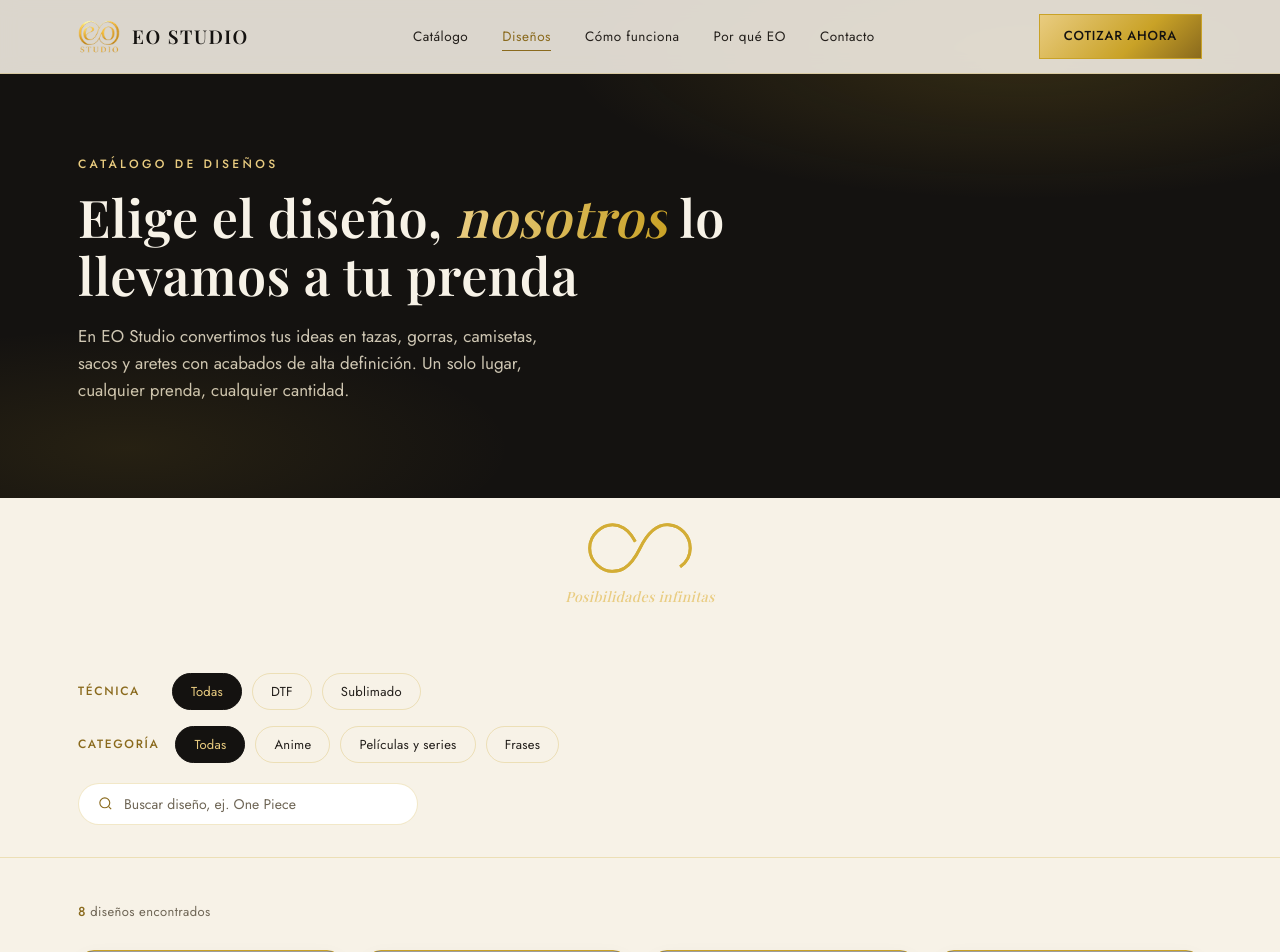
Repository: JAVIERYESE/EO_STUDIO
Page: disenos.html
These files come from the project's save history. The page is drawn as it stood at one moment and after the next save; the edit follows.
The browser window is 1280 px wide. The pictures show the part of the page from y = 0 to 952 px (the page is 2695 px tall).
Pictures or frames that could not be fetched are drawn as grey boxes. Some web fonts or font styles are not loaded; a fallback is used.

Above is the page before, as saved 2026-08-30 12:20:19.

### disenos.html
<!DOCTYPE html>
<html lang="es">
<head>
<meta charset="UTF-8">
<meta name="viewport" content="width=device-width, initial-scale=1.0">
<title>Catálogo de Diseños — EO Studio</title>
<meta name="description" content="Explora los diseños disponibles en EO Studio para DTF o sublimación: anime, personajes, frases y más.">
<link rel="icon" type="image/png" href="imagenes/logo-120.png">
<link rel="preconnect" href="https://fonts.googleapis.com">
<link rel="preconnect" href="https://fonts.gstatic.com" crossorigin>
<link href="https://fonts.googleapis.com/css2?family=Playfair+Display:ital,wght@0,500;0,600;0,700;1,500&family=Jost:wght@300;400;500;600&display=swap" rel="stylesheet">
<script src="https://unpkg.com/@lottiefiles/lottie-player@latest/dist/lottie-player.js"></script>
<link rel="stylesheet" href="styles.css">
<link rel="stylesheet" href="disenos.css">
</head>
<body>

<header>
  <div class="nav">
    <a class="brand" href="index.html#top">
      <img src="imagenes/logo-120.png" alt="EO Studio">
      <span>EO STUDIO</span>
    </a>
    <nav class="nav-links">
      <a href="index.html#catalogo">Catálogo</a>
      <a href="disenos.html" class="is-current">Diseños</a>
      <a href="index.html#proceso">Cómo funciona</a>
      <a href="index.html#nosotros">Por qué EO</a>
      <a href="index.html#contacto">Contacto</a>
    </nav>
    <div class="nav-cta">
      <a class="btn btn-gold" href="index.html#contacto">Cotizar ahora</a>
      <button class="menu-toggle" aria-label="Abrir menú"><span></span><span></span><span></span></button>
    </div>
  </div>
</header>

<!-- ===== HERO DISEÑOS ===== -->
<section class="hero disenos-hero" id="top">
  <div class="wrap">
    <span class="eyebrow hero-eyebrow">Catálogo de diseños</span>
    <h1>Elige el diseño, <em>nosotros</em> lo llevamos a tu prenda</h1>
    <p class="lead">En EO Studio convertimos tus ideas en tazas, gorras, camisetas, sacos y aretes con acabados de alta definición. Un solo lugar, cualquier prenda, cualquier cantidad.</p>
  </div>
</section>

<div class="mini-infinity-container">
    <lottie-player
        src="imagenes/Infinity Symbol.json"
        background="transparent"
        speed="0.4"
        loop
        autoplay>
    </lottie-player>

    <div class="mini-infinity-tag">
        <span>Posibilidades infinitas</span>
    </div>
</div>
<!-- ===== FILTROS ===== -->
<section class="filtros-section">
  <div class="wrap">

    <div class="filtro-grupo">
      <span class="filtro-label">Técnica</span>
      <div class="filtro-chips" data-filter-group="tecnica">
        <button class="chip is-active" data-value="todas">Todas</button>
        <button class="chip" data-value="dtf">DTF</button>
        <button class="chip" data-value="sublimado">Sublimado</button>
      </div>
    </div>

    <div class="filtro-grupo">
      <span class="filtro-label">Categoría</span>
      <div class="filtro-chips" data-filter-group="categoria">
        <button class="chip is-active" data-value="todas">Todas</button>
        <button class="chip" data-value="anime">Anime</button>
        <button class="chip" data-value="peliculas-series">Películas y series</button>
        <button class="chip" data-value="frases">Frases</button>
      </div>
    </div>

    <div class="filtro-buscador">
      <svg viewBox="0 0 24 24" fill="none" stroke="currentColor" stroke-width="1.6"><circle cx="11" cy="11" r="7"/><path d="m20 20-3.5-3.5"/></svg>
      <input type="text" id="buscador" placeholder="Buscar diseño, ej. One Piece">
    </div>

  </div>
</section>

<!-- ===== GRID DE DISEÑOS ===== -->
<section class="disenos-section">
  <div class="wrap">

    <p class="contador"><span id="contador-num">8</span> diseños encontrados</p>

    <div class="disenos-grid" id="disenos-grid">

      <!-- Tarjeta 1 -->
      <article class="diseno-card" data-tecnica="dtf sublimado" data-categoria="anime" data-nombre="one piece luffy gear 5">
        <div class="diseno-img">
          <img src="imagenes/disenos/anime-onepiece-01.jpg" alt="Diseño One Piece - Luffy Gear 5" loading="lazy">
          <span class="badge-tecnica">DTF · Sublimado</span>
        </div>
        <div class="diseno-info">
          <span class="diseno-cat">Anime</span>
          <h3>One Piece — Luffy Gear 5</h3>
          <a class="btn btn-gold btn-sm" href="https://wa.me/573046168524?text=Hola%2C%20me%20interesa%20el%20diseño%20One%20Piece%20-%20Luffy%20Gear%205" target="_blank" rel="noopener">Pedir este diseño</a>
        </div>
      </article>

      <!-- Tarjeta 2 -->
      <article class="diseno-card" data-tecnica="dtf" data-categoria="anime" data-nombre="dragon ball goku ultra instinto">
        <div class="diseno-img">
          <img src="imagenes/disenos/anime-dragonball-01.jpg" alt="Diseño Dragon Ball - Goku Ultra Instinto" loading="lazy">
          <span class="badge-tecnica">DTF</span>
        </div>
        <div class="diseno-info">
          <span class="diseno-cat">Anime</span>
          <h3>Dragon Ball — Goku Ultra Instinto</h3>
          <a class="btn btn-gold btn-sm" href="https://wa.me/573046168524?text=Hola%2C%20me%20interesa%20el%20diseño%20Dragon%20Ball%20-%20Goku%20Ultra%20Instinto" target="_blank" rel="noopener">Pedir este diseño</a>
        </div>
      </article>

      <!-- Tarjeta 3 -->
      <article class="diseno-card" data-tecnica="sublimado" data-categoria="peliculas-series" data-nombre="stranger things logo">
        <div class="diseno-img">
          <img src="imagenes/disenos/series-strangerthings-01.jpg" alt="Diseño Stranger Things logo" loading="lazy">
          <span class="badge-tecnica">Sublimado</span>
        </div>
        <div class="diseno-info">
          <span class="diseno-cat">Películas y series</span>
          <h3>Stranger Things — Logo clásico</h3>
          <a class="btn btn-gold btn-sm" href="https://wa.me/573046168524?text=Hola%2C%20me%20interesa%20el%20diseño%20Stranger%20Things%20-%20Logo%20clásico" target="_blank" rel="noopener">Pedir este diseño</a>
        </div>
      </article>

      <!-- Tarjeta 4 -->
      <article class="diseno-card" data-tecnica="dtf sublimado" data-categoria="peliculas-series" data-nombre="los simpson bart">
        <div class="diseno-img">
          <img src="imagenes/disenos/series-simpson-01.jpg" alt="Diseño Los Simpson - Bart" loading="lazy">
          <span class="badge-tecnica">DTF · Sublimado</span>
        </div>
        <div class="diseno-info">
          <span class="diseno-cat">Películas y series</span>
          <h3>Los Simpson — Bart</h3>
          <a class="btn btn-gold btn-sm" href="https://wa.me/573046168524?text=Hola%2C%20me%20interesa%20el%20diseño%20Los%20Simpson%20-%20Bart" target="_blank" rel="noopener">Pedir este diseño</a>
        </div>
      </article>

      <!-- Tarjeta 5 -->
      <article class="diseno-card" data-tecnica="dtf" data-categoria="frases" data-nombre="frase motivacional cafe">
        <div class="diseno-img">
          <img src="imagenes/disenos/frases-cafe-01.jpg" alt="Diseño de frase motivacional con café" loading="lazy">
          <span class="badge-tecnica">DTF</span>
        </div>
        <div class="diseno-info">
          <span class="diseno-cat">Frases</span>
          <h3>"Hoy es un buen día" — Tipografía</h3>
          <a class="btn btn-gold btn-sm" href="https://wa.me/573046168524?text=Hola%2C%20me%20interesa%20el%20diseño%20de%20frase%20-%20Hoy%20es%20un%20buen%20día" target="_blank" rel="noopener">Pedir este diseño</a>
        </div>
      </article>

      <!-- Tarjeta 6 -->
      <article class="diseno-card" data-tecnica="sublimado" data-categoria="anime" data-nombre="naruto sasuke">
        <div class="diseno-img">
          <img src="imagenes/disenos/anime-naruto-01.jpg" alt="Diseño Naruto y Sasuke" loading="lazy">
          <span class="badge-tecnica">Sublimado</span>
        </div>
        <div class="diseno-info">
          <span class="diseno-cat">Anime</span>
          <h3>Naruto — Naruto &amp; Sasuke</h3>
          <a class="btn btn-gold btn-sm" href="https://wa.me/573046168524?text=Hola%2C%20me%20interesa%20el%20diseño%20Naruto%20-%20Naruto%20%26%20Sasuke" target="_blank" rel="noopener">Pedir este diseño</a>
        </div>
      </article>

      <!-- Tarjeta 7 -->
      <article class="diseno-card" data-tecnica="dtf" data-categoria="peliculas-series" data-nombre="marvel spiderman">
        <div class="diseno-img">
          <img src="imagenes/disenos/peliculas-spiderman-01.jpg" alt="Diseño Marvel Spiderman" loading="lazy">
          <span class="badge-tecnica">DTF</span>
        </div>
        <div class="diseno-info">
          <span class="diseno-cat">Películas y series</span>
          <h3>Marvel — Spiderman</h3>
          <a class="btn btn-gold btn-sm" href="https://wa.me/573046168524?text=Hola%2C%20me%20interesa%20el%20diseño%20Marvel%20-%20Spiderman" target="_blank" rel="noopener">Pedir este diseño</a>
        </div>
      </article>

      <!-- Tarjeta 8 -->
      <article class="diseno-card" data-tecnica="dtf sublimado" data-categoria="frases" data-nombre="frase mama reina">
        <div class="diseno-img">
          <img src="imagenes/disenos/frases-mama-01.jpg" alt="Diseño de frase para mamá" loading="lazy">
          <span class="badge-tecnica">DTF · Sublimado</span>
        </div>
        <div class="diseno-info">
          <span class="diseno-cat">Frases</span>
          <h3>"Mamá reina" — Corona dorada</h3>
          <a class="btn btn-gold btn-sm" href="https://wa.me/573046168524?text=Hola%2C%20me%20interesa%20el%20diseño%20de%20frase%20-%20Mamá%20reina" target="_blank" rel="noopener">Pedir este diseño</a>
        </div>
      </article>

    </div>

    <p class="sin-resultados" id="sin-resultados" hidden>No encontramos diseños con esos filtros. Prueba con otra técnica o categoría, o <a href="https://wa.me/573046168524?text=Hola%2C%20estoy%20buscando%20un%20diseño%20específico" target="_blank" rel="noopener">pregúntanos directo por WhatsApp</a>.</p>

  </div>
</section>

<!-- ===== CTA FINAL ===== -->
<section class="cta">
  <div class="wrap">
    <span class="eyebrow eyebrow-light">¿No encuentras tu diseño?</span>
    <h2>Cuéntanos qué tienes en mente y lo creamos contigo</h2>
    <p>Envíanos tu idea, personaje o frase — te mostramos el mockup antes de producir.</p>
    <div class="cta-actions">
      <a class="btn btn-gold" href="https://wa.me/573046168524" target="_blank" rel="noopener">Escribir por WhatsApp</a>
    </div>
  </div>
</section>

<footer>
  <div class="wrap">
    <div class="foot-bottom">
      <span>© 2026 EO Studio. Todos los derechos reservados.</span>
      <a href="index.html#top">Volver al inicio ↑</a>
    </div>
  </div>
</footer>

<script src="disenos.js"></script>
</body>
</html>

### disenos.css
/* ===== HERO DISEÑOS (versión compacta del hero principal) ===== */
.disenos-hero{
  padding:150px 0 60px;
  text-align:left;
}
.disenos-hero h1{
  font-size:clamp(32px, 4.4vw, 52px);
  line-height:1.12;
  color:var(--ivory);
  max-width:760px;
  margin-bottom:18px;
}
.disenos-hero h1 em{
  font-style:italic;
  background:linear-gradient(90deg, var(--gold-light), var(--gold));
  -webkit-background-clip:text; background-clip:text; color:transparent;
}
.disenos-hero .lead{
  font-size:16.5px; color:#cfc7b4; max-width:520px; margin-bottom:0;
}

/* current nav link indicator */
.nav-links a.is-current{color:var(--gold-deep);}
.nav-links a.is-current::after{transform:scaleX(1); background:var(--gold-deep);}

/* ===== FILTROS ===== */
.filtros-section{
  padding:44px 0 8px;
  background:var(--ivory);
  position:sticky;
  top:72px;
  z-index:40;
  border-bottom:1px solid var(--line);
}
.filtro-grupo{
  display:flex;
  align-items:center;
  gap:16px;
  flex-wrap:wrap;
  margin-bottom:16px;
}
.filtro-label{
  font-size:12px;
  letter-spacing:0.14em;
  text-transform:uppercase;
  color:var(--gold-deep);
  font-weight:500;
  min-width:78px;
}
.filtro-chips{display:flex; gap:10px; flex-wrap:wrap;}
.chip{
  font-family:'Jost', sans-serif;
  font-size:13px;
  letter-spacing:0.02em;
  padding:8px 18px;
  border:1px solid var(--line);
  border-radius:999px;
  background:transparent;
  color:var(--text);
  cursor:pointer;
  transition:all .2s ease;
}
.chip:hover{border-color:var(--gold);}
.chip.is-active{
  background:var(--ink);
  border-color:var(--ink);
  color:var(--gold-light);
}
.filtro-buscador{
  display:flex;
  align-items:center;
  gap:10px;
  border:1px solid var(--line);
  border-radius:999px;
  padding:10px 18px;
  max-width:340px;
  margin:20px 0 24px;
  background:#fff;
}
.filtro-buscador svg{width:17px; height:17px; color:var(--gold-deep); flex-shrink:0;}
.filtro-buscador input{
  border:none; outline:none; background:transparent;
  font-family:'Jost', sans-serif; font-size:14px; color:var(--text);
  width:100%;
}
.filtro-buscador input::placeholder{color:var(--text-muted);}

/* ===== GRID DE DISEÑOS ===== */
.disenos-section{padding:44px 0 96px;}
.contador{
  font-size:13px;
  color:var(--text-muted);
  letter-spacing:0.03em;
  margin-bottom:28px;
}
.contador #contador-num{color:var(--gold-deep); font-weight:500;}

.disenos-grid{
  display:grid;
  grid-template-columns:repeat(4, 1fr);
  gap:22px;
}
.diseno-card{
  background:var(--ivory);
  border:1.5px solid var(--gold);
  border-radius:16px;
  overflow:hidden;
  box-shadow:0 8px 20px rgba(0,0,0,0.06);
  transition:all .3s ease;
  display:flex;
  flex-direction:column;
}
.diseno-card:hover{
  transform:translateY(-6px);
  border-color:var(--gold-deep);
  box-shadow:0 16px 30px rgba(0,0,0,0.12), 0 0 12px rgba(201,162,39,0.3);
}
.diseno-img{
  position:relative;
  aspect-ratio:1/1;
  background:linear-gradient(135deg, var(--ink) 0%, #2a251d 60%, var(--ink) 100%);
  overflow:hidden;
}
.diseno-img img{
  width:100%; height:100%; object-fit:cover;
  transition:transform .4s ease;
}
.diseno-card:hover .diseno-img img{transform:scale(1.05);}
.badge-tecnica{
  position:absolute; top:12px; left:12px;
  background:rgba(20,18,16,0.78);
  color:var(--gold-light);
  font-size:10.5px;
  letter-spacing:0.06em;
  text-transform:uppercase;
  padding:5px 10px;
  border-radius:999px;
  border:1px solid rgba(201,162,39,0.4);
}
.diseno-info{
  padding:18px 18px 20px;
  display:flex;
  flex-direction:column;
  gap:8px;
  flex-grow:1;
}
.diseno-cat{
  font-size:11px;
  letter-spacing:0.1em;
  text-transform:uppercase;
  color:var(--gold-deep);
}
.diseno-info h3{
  font-size:16px;
  line-height:1.3;
  margin-bottom:6px;
}
.btn-sm{
  padding:9px 16px;
  font-size:11.5px;
  margin-top:auto;
  justify-content:center;
  width:100%;
}

.sin-resultados{
  display:block;
  text-align:center;
  padding:60px 20px;
  color:var(--text-muted);
  font-size:15px;
}
.sin-resultados a{color:var(--gold-deep); text-decoration:underline;}

/* ===== RESPONSIVE ===== */
@media (max-width:900px){
  .disenos-grid{grid-template-columns:repeat(2, 1fr);}
  .filtros-section{position:static;}
  .filtro-label{min-width:100%; margin-bottom:2px;}
}
@media (max-width:520px){
  .disenos-grid{grid-template-columns:1fr 1fr; gap:14px;}
  .diseno-info{padding:14px 12px 16px;}
  .diseno-info h3{font-size:14px;}
  .filtro-buscador{max-width:100%;}
}

/* =====contenedor infinito === */

.mini-infinity-container {
  display: flex;
  flex-direction: column;
  justify-content: center;
  align-items: center;
  width: 100%;
  margin: 0 auto;
  padding: 20px 0;
  text-align: center;
}

/* Tamaño del Lottie */
.mini-infinity-container lottie-player {
  width: 120px;
  height: 60px;
  display: block;
  margin: 0 auto;
}

/* Estilo del texto debajo del infinito */
.mini-infinity-tag {
  margin-top: 8px;
  width: 100%;
}

.mini-infinity-tag span {
  display: block;
  font-family: 'Playfair Display', serif;
  font-style: italic;
  color:var(--gold-light);
  font-size: 14px;
  letter-spacing: 0.03em;
}

Loaded but not shown: imagenes/Infinity Symbol.json (1 lines, source omitted); disenos.js (50 lines, source omitted); styles.css (536 lines, source omitted)

After the next save:
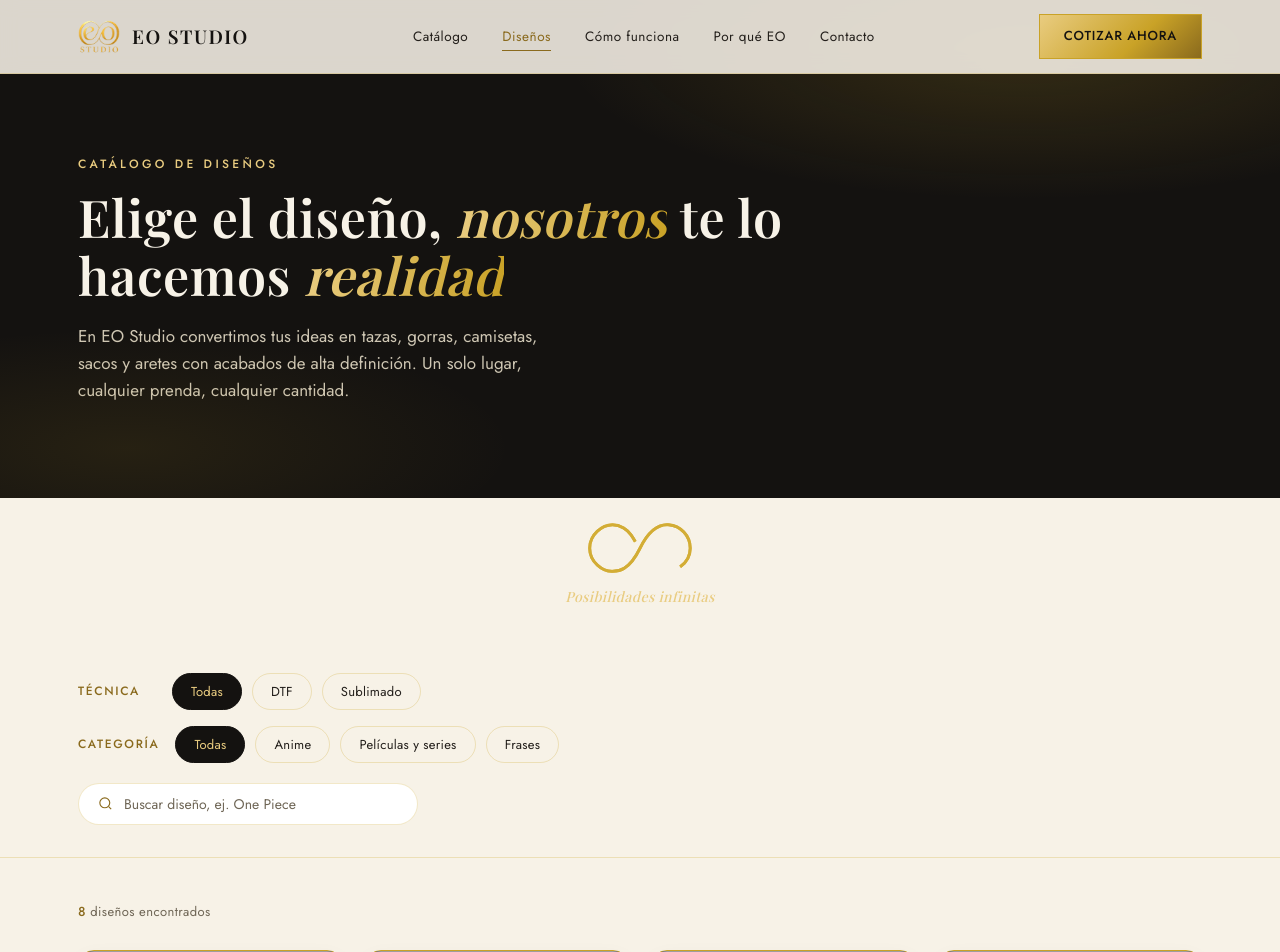
Saved 4 min 11 s later.
--- a/disenos.html
+++ b/disenos.html
@@ -39,7 +39,7 @@
 <section class="hero disenos-hero" id="top">
   <div class="wrap">
     <span class="eyebrow hero-eyebrow">Catálogo de diseños</span>
-    <h1>Elige el diseño, <em>nosotros</em> lo llevamos a tu prenda</h1>
+    <h1>Elige el diseño, <em>nosotros</em> te lo hacemos <em>realidad</em></h1>
     <p class="lead">En EO Studio convertimos tus ideas en tazas, gorras, camisetas, sacos y aretes con acabados de alta definición. Un solo lugar, cualquier prenda, cualquier cantidad.</p>
   </div>
 </section>
